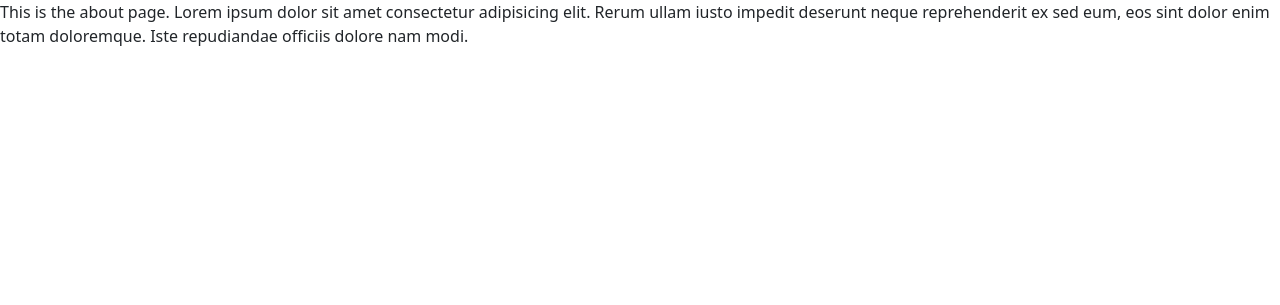
Repository: aayushiss/CS-RSS
Page: about.html
An editor plug-in stored every save of this project. The page is shown before and after the next save, followed by the edit.
The browser window is 1280 px wide. The pictures show the whole page.

Above is the page before, as saved 2025-05-16 00:42:35.

After the next save:
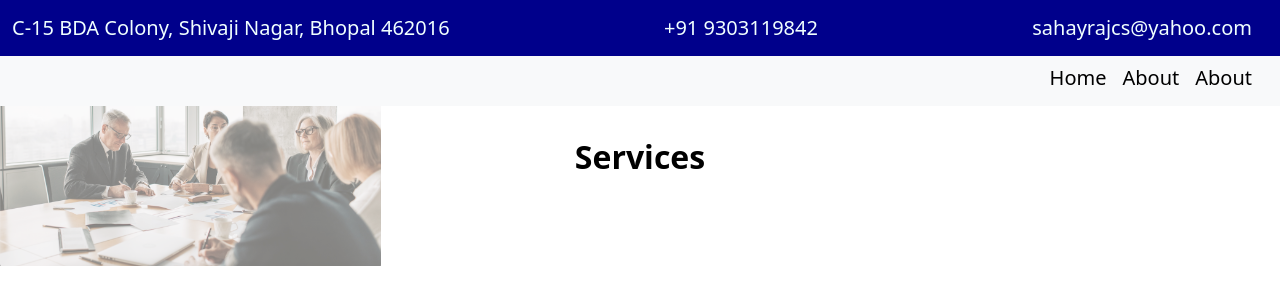
Saved 19 h 9 min later.
--- a/about.html
+++ b/about.html
@@ -9,7 +9,31 @@
         <link rel="stylesheet" type="text/css" href="style.css">
     </head>
 <body>
-    This is the about page.
-    Lorem ipsum dolor sit amet consectetur adipisicing elit. Rerum ullam iusto impedit deserunt neque reprehenderit ex sed eum, eos sint dolor enim totam doloremque. Iste repudiandae officiis dolore nam modi.
+    <nav class="navbar fixed-top custom-navbar">
+        <div class="container-fluid d-flex justify-content-between">
+            <a class="navbar-brand"
+                href="https://www.google.com/maps/place/R+S+SHRIVASTAVA+%26+ASSOCIATES/@23.2288499,77.4244091,17z/data=!3m1!4b1!4m6!3m5!1s0x397c425fada83073:0xcb1e8ba90a487f4e!8m2!3d23.228845!4d77.426984!16s%2Fg%2F1td0r8v9?entry=ttu&g_ep=EgoyMDI1MDUxMi4wIKXMDSoASAFQAw%3D%3D"
+                target="_blank">C-15 BDA Colony, Shivaji Nagar, Bhopal 462016</a>
+            <a class="navbar-brand" href="" tel:+919303119842"">+91 9303119842</a>
+            <a class="navbar-brand" href="mailto:sahayrajcs@yahoo.com">sahayrajcs@yahoo.com</a>
+        </div>
+    </nav>
+    <div class="navbar-space"></div>
+
+    <nav class="navbar sticky-top second-navbar bg-light">
+        <div class="container-fluid d-flex justify-content-end">
+            <a class="navbar-brand" href="index.html">Home</a>
+            <a class="navbar-brand" href="about.html">About</a>
+            <a class="navbar-brand" href="services.html">About</a>
+        </div>
+    </nav>
+
+    <div class="position-relative" style="margin-bottom: 150px;" id="contact-section">
+        <img src="images/haveAQuery.jpg" class="img-fluid" alt="..."
+            style="opacity: .5; height: 10rem; width: fit-content;">
+        <h2 class="position-absolute start-50 translate-middle-x text-black fw-bold" style="top: 20%;">
+            Services
+        </h2>
+    </div>
 </body>
 </html>
